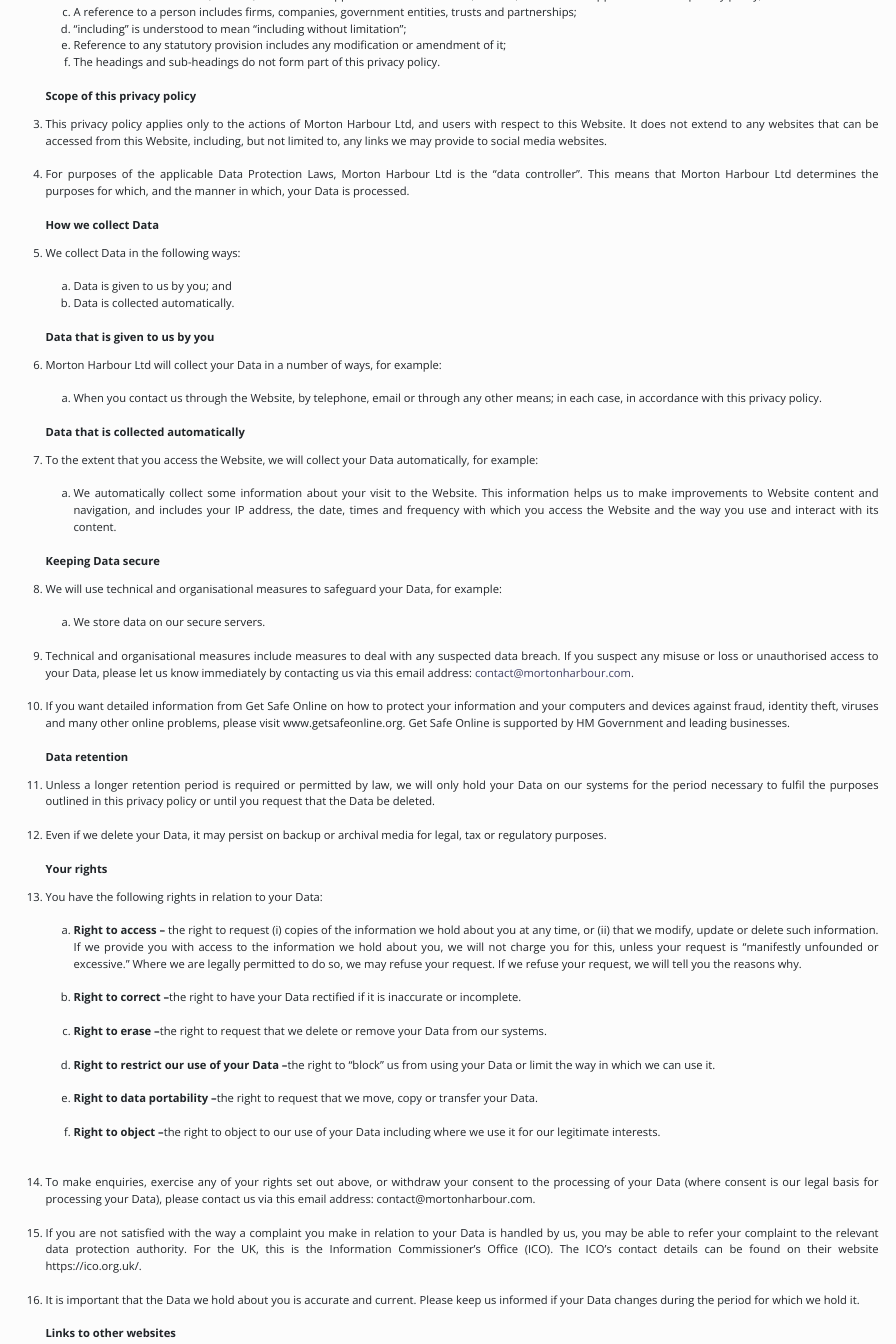
Repository: Code-Institute-Submissions/mortonharbour
Page: privacy policy.html
The author's editor kept a record of every edit. The page is drawn from the files as they stood at one moment, then again after the next edit.
The browser window is 1280 px wide. The pictures show the part of the page from y = 959 to 2879 px (the page is 4032 px tall), at 70% of full size.
Some web fonts or font styles are not loaded; a fallback is used. Some web libraries are served in a nearby version.

Above is the page before.

After the next edit:
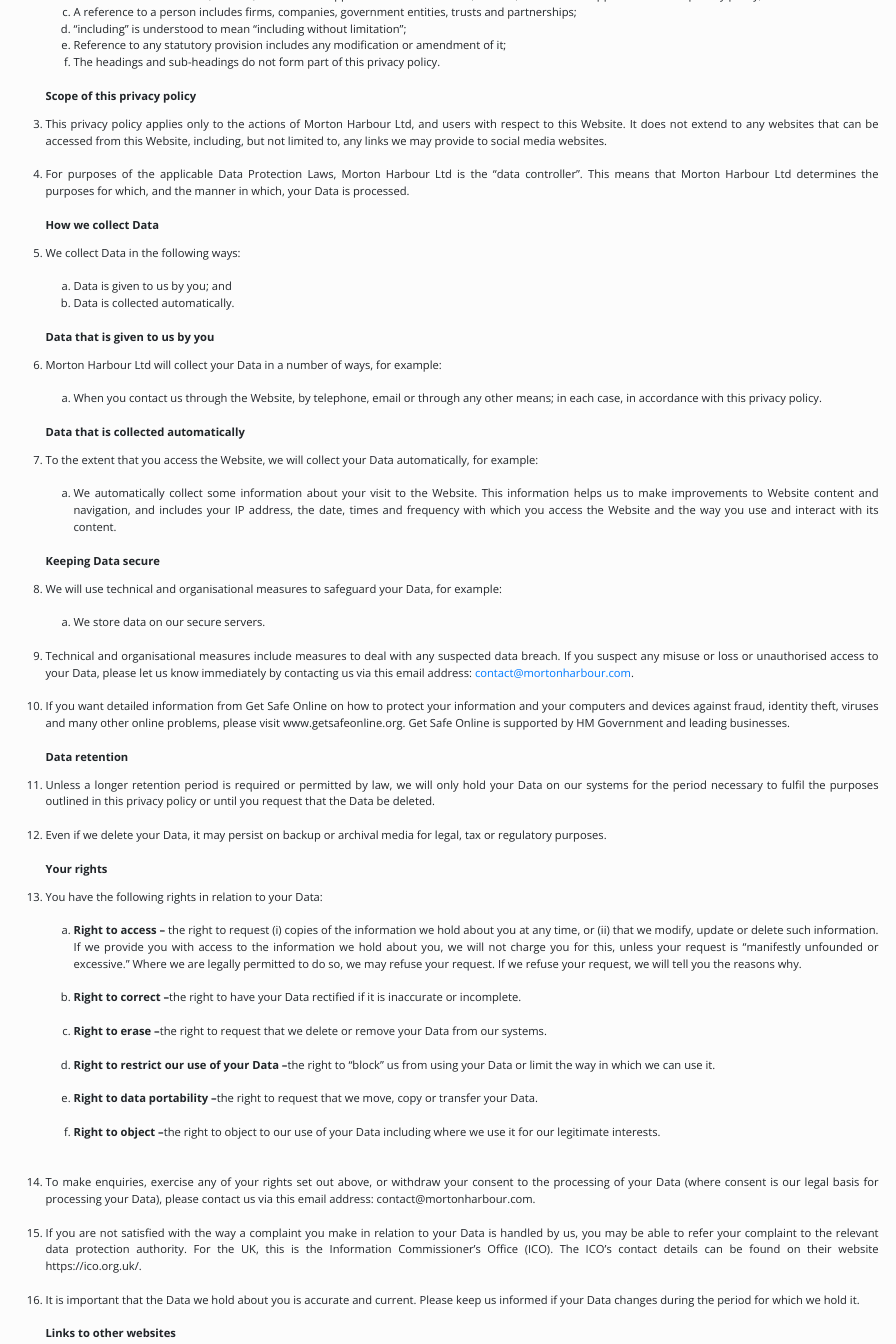
The edit:
--- a/assets/css/style.css
+++ b/assets/css/style.css
@@ -97,10 +97,6 @@
     color: #3f3f63;
 }
 
-.privacy-policy-email {
-    color: #3f3f63;
-}
-
 /*--------------------------------------------------------Form*/
 
 .newsletter-signup {
